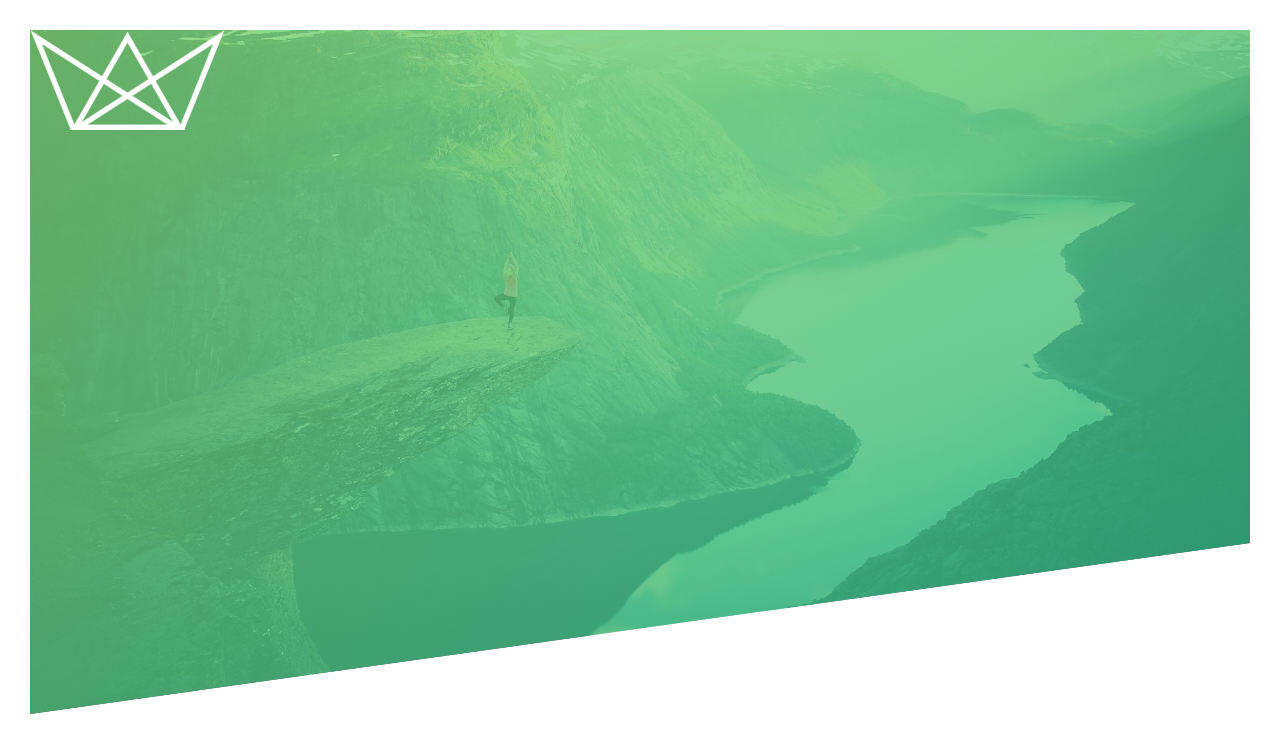
Repository: taivuong95/natours-fe
Page: index.html
These files come from the project's save history. The page is drawn as it stood at one moment and after the next save; the edit follows.
The browser window is 1280 px wide. The pictures show the whole page.

Above is the page before, as saved 2020-12-09 15:16:46.

### index.html
<!DOCTYPE html>
<html lang="en">
    <head>
        <meta charset="UTF-8">
        <meta name="viewport" content="width=device-width, initial-scale=1.0">

        <link href="https://fonts.googleapis.com/css?family=Lato:100,300,400,700,900" rel="stylesheet">

        <link rel="stylesheet" href="css/icon-font.css">
        <link rel="stylesheet" href="css/style.css">
        <link rel="shortcut icon" type="image/png" href="img/favicon.png">

        <title>Natours | Exciting tours for adventurous people</title>
    </head>
    <body>
        <header class="header">
           <div class="logo-box">
               <img src="img/logo-white.png" alt="" class="logo">
           </div>
        </header>

    </body>
</html>

### css/icon-font.css
@charset "UTF-8";

@font-face {
  font-family: "linea-basic-10";
  src:url("fonts/linea-basic-10.eot");
  src:url("fonts/linea-basic-10.eot?#iefix") format("embedded-opentype"),
    url("fonts/linea-basic-10.woff") format("woff"),
    url("fonts/linea-basic-10.ttf") format("truetype"),
    url("fonts/linea-basic-10.svg#linea-basic-10") format("svg");
  font-weight: normal;
  font-style: normal;

}

[data-icon]:before {
  font-family: "linea-basic-10" !important;
  content: attr(data-icon);
  font-style: normal !important;
  font-weight: normal !important;
  font-variant: normal !important;
  text-transform: none !important;
  speak: none;
  line-height: 1;
  -webkit-font-smoothing: antialiased;
  -moz-osx-font-smoothing: grayscale;
}

[class^="icon-"]:before,
[class*=" icon-"]:before {
  font-family: "linea-basic-10" !important;
  font-style: normal !important;
  font-weight: normal !important;
  font-variant: normal !important;
  text-transform: none !important;
  speak: none;
  line-height: 1;
  -webkit-font-smoothing: antialiased;
  -moz-osx-font-smoothing: grayscale;
}

.icon-basic-accelerator:before {
  content: "a";
}
.icon-basic-alarm:before {
  content: "b";
}
.icon-basic-anchor:before {
  content: "c";
}
.icon-basic-anticlockwise:before {
  content: "d";
}
.icon-basic-archive:before {
  content: "e";
}
.icon-basic-archive-full:before {
  content: "f";
}
.icon-basic-ban:before {
  content: "g";
}
.icon-basic-battery-charge:before {
  content: "h";
}
.icon-basic-battery-empty:before {
  content: "i";
}
.icon-basic-battery-full:before {
  content: "j";
}
.icon-basic-battery-half:before {
  content: "k";
}
.icon-basic-bolt:before {
  content: "l";
}
.icon-basic-book:before {
  content: "m";
}
.icon-basic-book-pen:before {
  content: "n";
}
.icon-basic-book-pencil:before {
  content: "o";
}
.icon-basic-bookmark:before {
  content: "p";
}
.icon-basic-calculator:before {
  content: "q";
}
.icon-basic-calendar:before {
  content: "r";
}
.icon-basic-cards-diamonds:before {
  content: "s";
}
.icon-basic-cards-hearts:before {
  content: "t";
}
.icon-basic-case:before {
  content: "u";
}
.icon-basic-chronometer:before {
  content: "v";
}
.icon-basic-clessidre:before {
  content: "w";
}
.icon-basic-clock:before {
  content: "x";
}
.icon-basic-clockwise:before {
  content: "y";
}
.icon-basic-cloud:before {
  content: "z";
}
.icon-basic-clubs:before {
  content: "A";
}
.icon-basic-compass:before {
  content: "B";
}
.icon-basic-cup:before {
  content: "C";
}
.icon-basic-diamonds:before {
  content: "D";
}
.icon-basic-display:before {
  content: "E";
}
.icon-basic-download:before {
  content: "F";
}
.icon-basic-exclamation:before {
  content: "G";
}
.icon-basic-eye:before {
  content: "H";
}
.icon-basic-eye-closed:before {
  content: "I";
}
.icon-basic-female:before {
  content: "J";
}
.icon-basic-flag1:before {
  content: "K";
}
.icon-basic-flag2:before {
  content: "L";
}
.icon-basic-floppydisk:before {
  content: "M";
}
.icon-basic-folder:before {
  content: "N";
}
.icon-basic-folder-multiple:before {
  content: "O";
}
.icon-basic-gear:before {
  content: "P";
}
.icon-basic-geolocalize-01:before {
  content: "Q";
}
.icon-basic-geolocalize-05:before {
  content: "R";
}
.icon-basic-globe:before {
  content: "S";
}
.icon-basic-gunsight:before {
  content: "T";
}
.icon-basic-hammer:before {
  content: "U";
}
.icon-basic-headset:before {
  content: "V";
}
.icon-basic-heart:before {
  content: "W";
}
.icon-basic-heart-broken:before {
  content: "X";
}
.icon-basic-helm:before {
  content: "Y";
}
.icon-basic-home:before {
  content: "Z";
}
.icon-basic-info:before {
  content: "0";
}
.icon-basic-ipod:before {
  content: "1";
}
.icon-basic-joypad:before {
  content: "2";
}
.icon-basic-key:before {
  content: "3";
}
.icon-basic-keyboard:before {
  content: "4";
}
.icon-basic-laptop:before {
  content: "5";
}
.icon-basic-life-buoy:before {
  content: "6";
}
.icon-basic-lightbulb:before {
  content: "7";
}
.icon-basic-link:before {
  content: "8";
}
.icon-basic-lock:before {
  content: "9";
}
.icon-basic-lock-open:before {
  content: "!";
}
.icon-basic-magic-mouse:before {
  content: "\"";
}
.icon-basic-magnifier:before {
  content: "#";
}
.icon-basic-magnifier-minus:before {
  content: "$";
}
.icon-basic-magnifier-plus:before {
  content: "%";
}
.icon-basic-mail:before {
  content: "&";
}
.icon-basic-mail-multiple:before {
  content: "'";
}
.icon-basic-mail-open:before {
  content: "(";
}
.icon-basic-mail-open-text:before {
  content: ")";
}
.icon-basic-male:before {
  content: "*";
}
.icon-basic-map:before {
  content: "+";
}
.icon-basic-message:before {
  content: ",";
}
.icon-basic-message-multiple:before {
  content: "-";
}
.icon-basic-message-txt:before {
  content: ".";
}
.icon-basic-mixer2:before {
  content: "/";
}
.icon-basic-mouse:before {
  content: ":";
}
.icon-basic-notebook:before {
  content: ";";
}
.icon-basic-notebook-pen:before {
  content: "<";
}
.icon-basic-notebook-pencil:before {
  content: "=";
}
.icon-basic-paperplane:before {
  content: ">";
}
.icon-basic-pencil-ruler:before {
  content: "?";
}
.icon-basic-pencil-ruler-pen:before {
  content: "@";
}
.icon-basic-photo:before {
  content: "[";
}
.icon-basic-picture:before {
  content: "]";
}
.icon-basic-picture-multiple:before {
  content: "^";
}
.icon-basic-pin1:before {
  content: "_";
}
.icon-basic-pin2:before {
  content: "`";
}
.icon-basic-postcard:before {
  content: "{";
}
.icon-basic-postcard-multiple:before {
  content: "|";
}
.icon-basic-printer:before {
  content: "}";
}
.icon-basic-question:before {
  content: "~";
}
.icon-basic-rss:before {
  content: "\\";
}
.icon-basic-server:before {
  content: "\e000";
}
.icon-basic-server2:before {
  content: "\e001";
}
.icon-basic-server-cloud:before {
  content: "\e002";
}
.icon-basic-server-download:before {
  content: "\e003";
}
.icon-basic-server-upload:before {
  content: "\e004";
}
.icon-basic-settings:before {
  content: "\e005";
}
.icon-basic-share:before {
  content: "\e006";
}
.icon-basic-sheet:before {
  content: "\e007";
}
.icon-basic-sheet-multiple:before {
  content: "\e008";
}
.icon-basic-sheet-pen:before {
  content: "\e009";
}
.icon-basic-sheet-pencil:before {
  content: "\e00a";
}
.icon-basic-sheet-txt:before {
  content: "\e00b";
}
.icon-basic-signs:before {
  content: "\e00c";
}
.icon-basic-smartphone:before {
  content: "\e00d";
}
.icon-basic-spades:before {
  content: "\e00e";
}
.icon-basic-spread:before {
  content: "\e00f";
}
.icon-basic-spread-bookmark:before {
  content: "\e010";
}
.icon-basic-spread-text:before {
  content: "\e011";
}
.icon-basic-spread-text-bookmark:before {
  content: "\e012";
}
.icon-basic-star:before {
  content: "\e013";
}
.icon-basic-tablet:before {
  content: "\e014";
}
.icon-basic-target:before {
  content: "\e015";
}
.icon-basic-todo:before {
  content: "\e016";
}
.icon-basic-todo-pen:before {
  content: "\e017";
}
.icon-basic-todo-pencil:before {
  content: "\e018";
}
.icon-basic-todo-txt:before {
  content: "\e019";
}
.icon-basic-todolist-pen:before {
  content: "\e01a";
}
.icon-basic-todolist-pencil:before {
  content: "\e01b";
}
.icon-basic-trashcan:before {
  content: "\e01c";
}
.icon-basic-trashcan-full:before {
  content: "\e01d";
}
.icon-basic-trashcan-refresh:before {
  content: "\e01e";
}
.icon-basic-trashcan-remove:before {
  content: "\e01f";
}
.icon-basic-upload:before {
  content: "\e020";
}
.icon-basic-usb:before {
  content: "\e021";
}
.icon-basic-video:before {
  content: "\e022";
}
.icon-basic-watch:before {
  content: "\e023";
}
.icon-basic-webpage:before {
  content: "\e024";
}
.icon-basic-webpage-img-txt:before {
  content: "\e025";
}
.icon-basic-webpage-multiple:before {
  content: "\e026";
}
.icon-basic-webpage-txt:before {
  content: "\e027";
}
.icon-basic-world:before {
  content: "\e028";
}

### css/style.css
/*
COLORS:

Light green: #7ed56f
Medium green: #55c57a
Dark green: #28b485

*/

* {
  margin: 0;
  padding: 0;
  box-sizing: border-box;
}

body {
  font-family: "Lato", sans-serif;
  font-weight: 400;
  font-size: 16px;
  line-height: 1.7;
  color: #777;
  padding: 30px;
}

.header {
  height: 95vh;
  background-image: linear-gradient(
      to right bottom,
      rgba(126, 213, 111, 0.8),
      rgba(40, 180, 133, 0.8)
    ),
    url(../img/hero.jpg);
  background-size: cover;
  background-position: top;
  clip-path: polygon(0 0, 100% 0, 100% 75%, 0 100%);
}

After the next save:
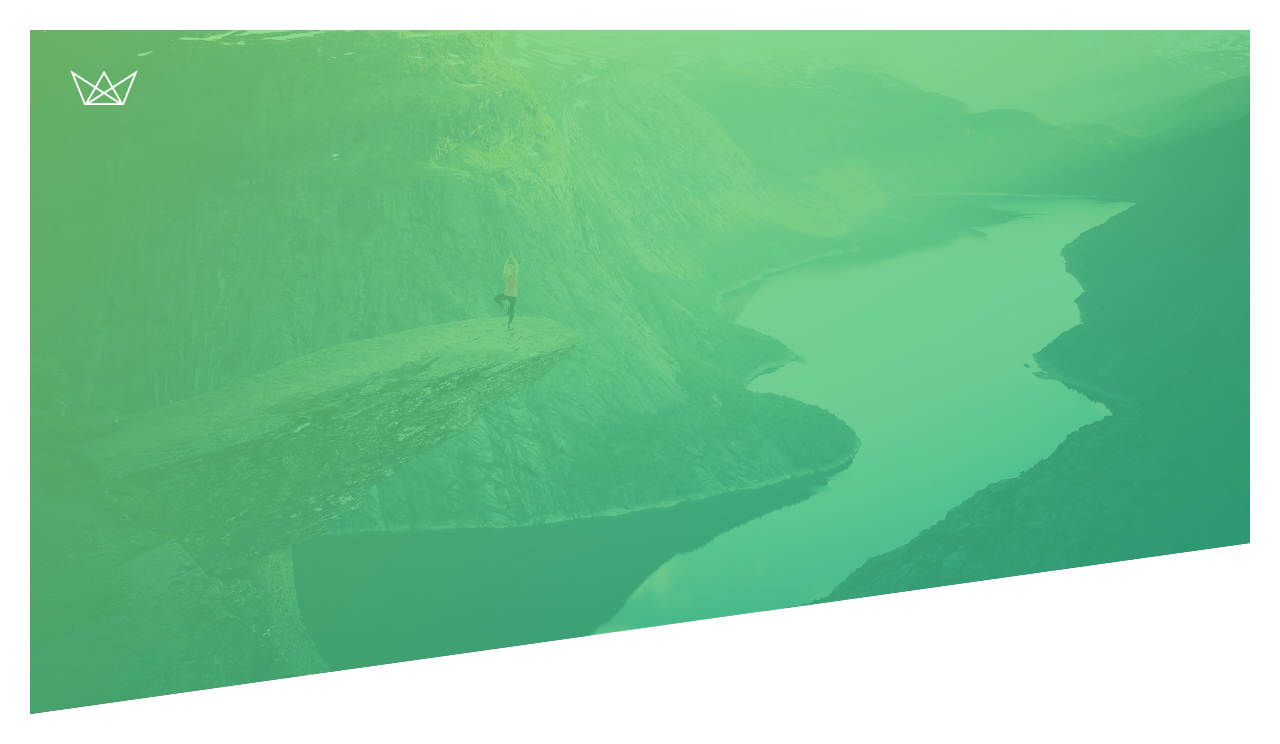
Saved 2 min 42 s later.
--- a/css/style.css
+++ b/css/style.css
@@ -33,4 +33,15 @@ body {
   background-size: cover;
   background-position: top;
   clip-path: polygon(0 0, 100% 0, 100% 75%, 0 100%);
+  position: relative;
 }
+
+.logo-box {
+  position: absolute;
+  top: 40px;
+  left: 40px;
+}
+
+.logo {
+  height: 35px;
+}
